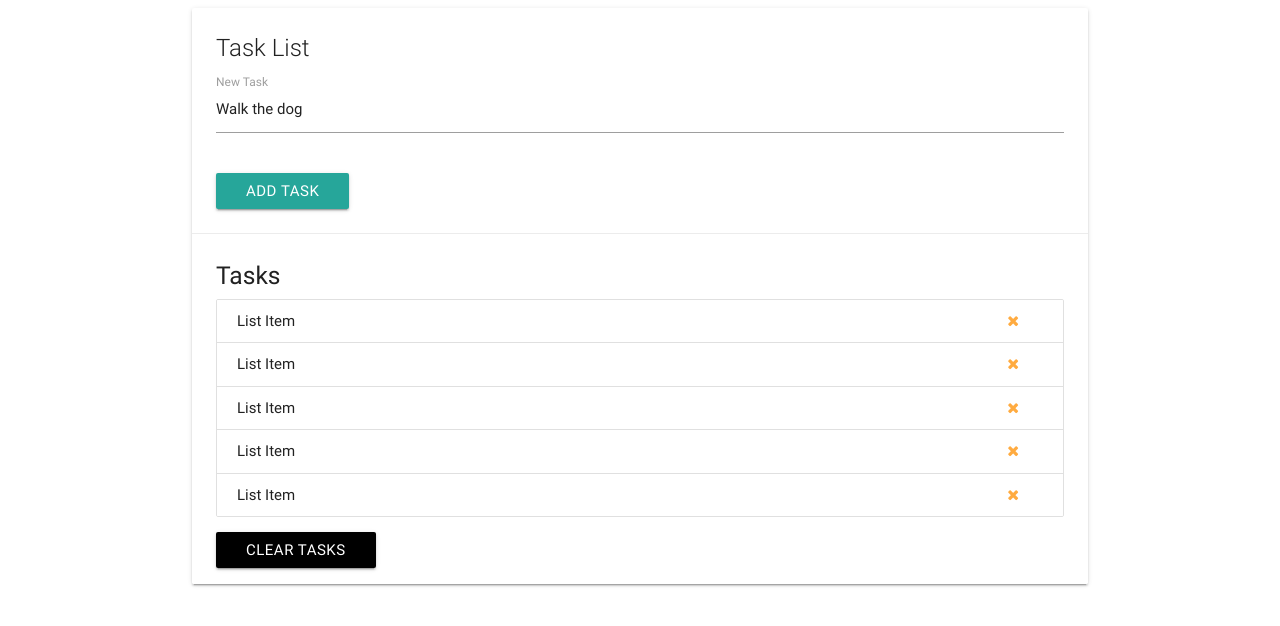
Repository: brianokanga/modern-javascript
Page: Section 3/index.html
These files come from the project's save history. The page is drawn as it stood at one moment and after the next save; the edit follows.
The browser window is 1280 px wide. The pictures show the whole page.
Some web libraries are served in a nearby version.

Above is the page before, as saved 2020-04-03 01:52:52.
Console error (its wording comes from the project's code and is left out).

### Section 3/index.html
<!DOCTYPE html>
<html lang="en">

<head>
  <meta charset="UTF-8">
  <meta name="viewport" content="width=device-width, initial-scale=1.0">
  <meta http-equiv="X-UA-Compatible" content="ie=edge">
  <link rel="stylesheet" href="https://cdnjs.cloudflare.com/ajax/libs/materialize/0.100.2/css/materialize.min.css">
  <link href="https://maxcdn.bootstrapcdn.com/font-awesome/4.7.0/css/font-awesome.min.css" rel="stylesheet" integrity="sha384-wvfXpqpZZVQGK6TAh5PVlGOfQNHSoD2xbE+QkPxCAFlNEevoEH3Sl0sibVcOQVnN"
    crossorigin="anonymous">
  <title>Task List</title>
</head>

<body>
  <div class="container">
    <div class="row">
      <div class="col s12">
        <div id="main" class="card">
          <div class="card-content">
            <span class="card-title">Task List</span>
            <div class="row">
              <form id="task-form">
                <div class="input-field col s12">
                  <input type="text" name="task" id="task" value="Walk the dog">
                  <label for="task">New Task</label>
                </div>
            </div>
            <input type="submit" value="Add Task" class="btn">
            </form>
          </div>
          <div class="card-action">
            <h5 id="task-title">Tasks</h5>
            <ul class="collection">
              <li class="collection-item">
                List Item
                <a href="#" class="delete-item secondary-content">
                  <i class="fa fa-remove"></i>
                </a>
              </li>
              <li class="collection-item">
                List Item
                <a href="#" class="delete-item secondary-content">
                  <i class="fa fa-remove"></i>
                </a>
              </li>
              <li class="collection-item">
                List Item
                <a href="#" class="delete-item secondary-content">
                  <i class="fa fa-remove"></i>
                </a>
              </li>
              <li class="collection-item">
                List Item
                <a href="#" class="delete-item secondary-content">
                  <i class="fa fa-remove"></i>
                </a>
              </li>
              <li class="collection-item">
                List Item
                <a href="#" class="delete-item secondary-content">
                  <i class="fa fa-remove"></i>
                </a>
              </li>
            </ul>
            <a class="clear-tasks btn black" href="">Clear Tasks</a>
          </div>
        </div>
      </div>
    </div>
  </div>
  <script src="https://code.jquery.com/jquery-3.2.1.js" integrity="sha256-DZAnKJ/6XZ9si04Hgrsxu/8s717jcIzLy3oi35EouyE=" crossorigin="anonymous"></script>
  <script src="https://cdnjs.cloudflare.com/ajax/libs/materialize/0.100.2/js/materialize.min.js"></script>
  <script src="app.js"></script>
</body>

</html>

### Section 3/app.js
let val ;
val = document;
val = document.all;
val = document.all[2];
val = document.all.length;
val = document.head;
val = document.body;
val = document.domain;
val = document.URL;
val = document.characterSet;
val = document.contentType;

val = document.forms;
val = document.forms[0];
val = document.forms[0].id;
val = document.forms[0].method;
val = document.forms[0].action;



val = document.links;
val = document.links[0];
val = document.links[0].id;
val = document.links[0].className;
val = document.links[0].classList[0];

val = document.images;

val = document.scripts;
val = document.scripts[2].getAttribute('src');


let scripts = document.scripts;

let scriptsArr = Array.from(scripts);

scriptsArr.forEach(function(script){
    console.log(scripts);
})

// console.log(val);
//getElementById
console.log(document.getElementById('task-title'));
console.log(document.getElementById('task-title').id);

//change styling
document.getElementById()
document.getElementById('task-title').style.background = '#333';

After the next save:
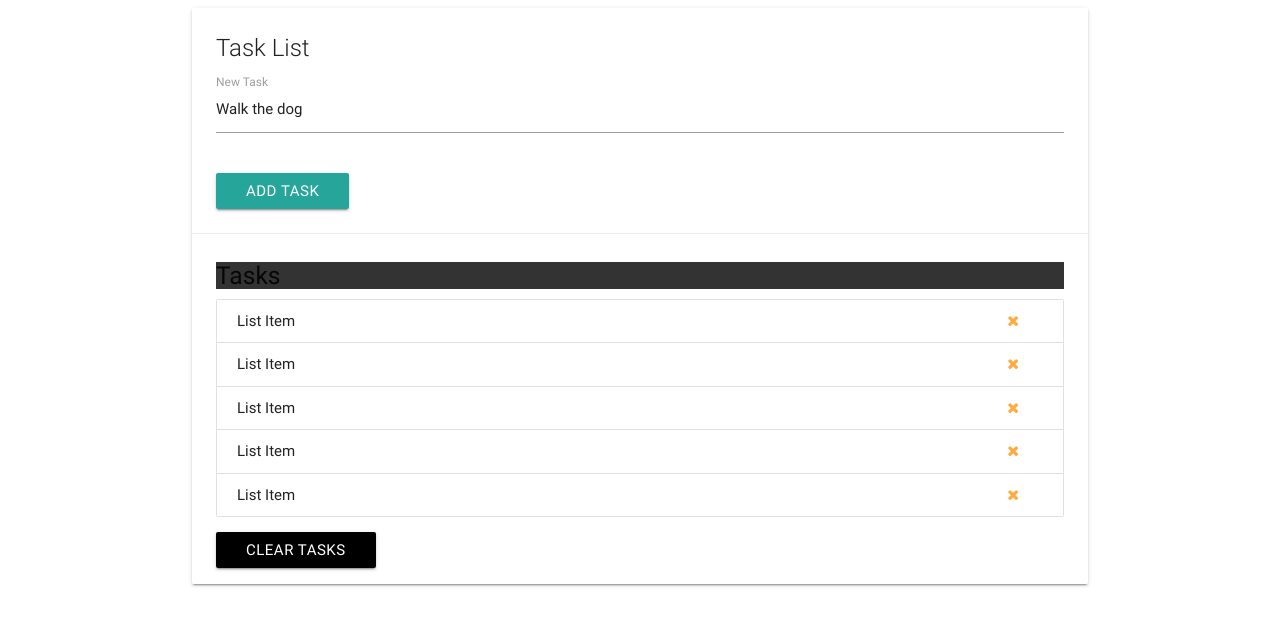
The error is gone.
Saved 29 s later.
--- a/Section 3/app.js
+++ b/Section 3/app.js
@@ -44,5 +44,4 @@ console.log(document.getElementById('task-title'));
 console.log(document.getElementById('task-title').id);
 
 //change styling
-document.getElementById()
 document.getElementById('task-title').style.background = '#333';
